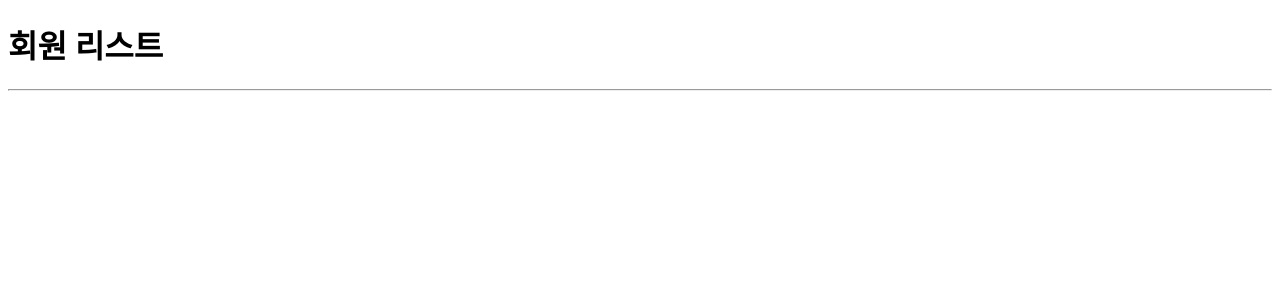
Repository: soo74/bitcamp2019_hs
Page: client_cf/WebContent/memberlist_and_delete_finish.html
The author's editor kept a copy of each file at every save. The page is drawn from the files as they stood at one save, then again after the next save.
The browser window is 1280 px wide. The pictures show the whole page.
The page's requests for data from a server got no answer.

Above is the page before, as saved 2019-09-06 06:00:58.

After the next save:
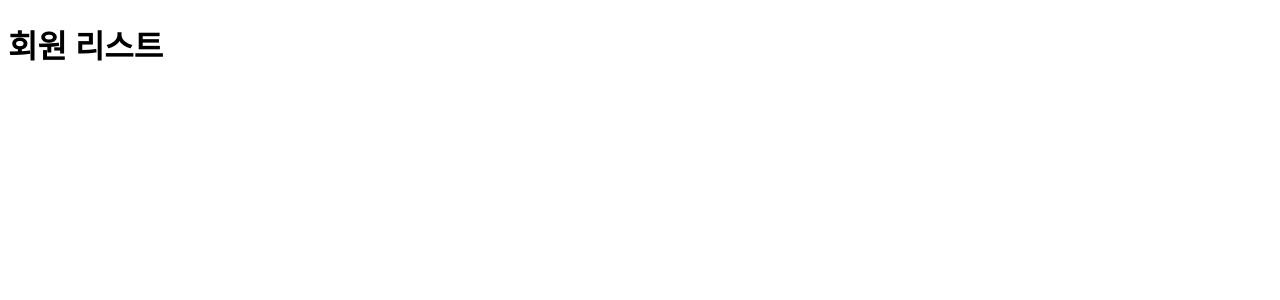
Saved 49 s later.
--- a/client_cf/WebContent/memberlist_and_delete_finish.html
+++ b/client_cf/WebContent/memberlist_and_delete_finish.html
@@ -17,7 +17,6 @@
 </head>
 <body>
 	<h1>회원 리스트</h1>
-	<hr>
 	<div id="memberlist"></div>
 
     <div id="editFrame" style="display: none">
